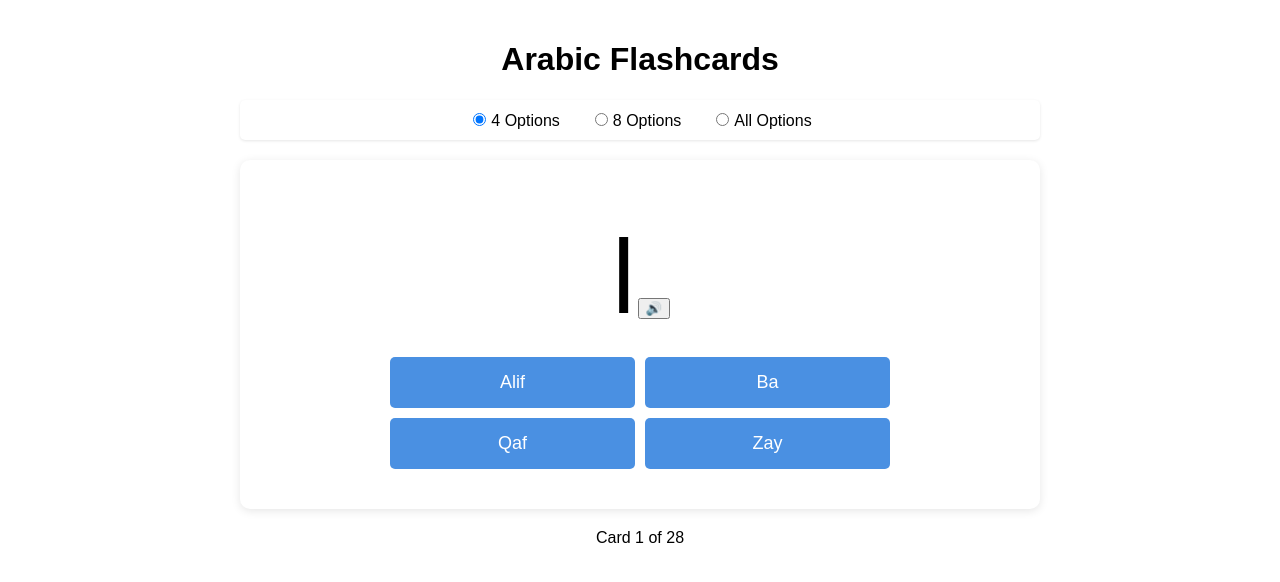
Repository: foolishimp/arabic-flashcards
Page: /
These files come from the project's save history. The page is drawn as it stood at one moment and after the next save; the edit follows.
The browser window is 1280 px wide. The pictures show the whole page.
The project was rebuilt for these pictures with package versions that can differ from the ones it lists, and the page was loaded fresh each time.

Above is the page before, as saved 2024-11-22 23:58:43.

After the next save:
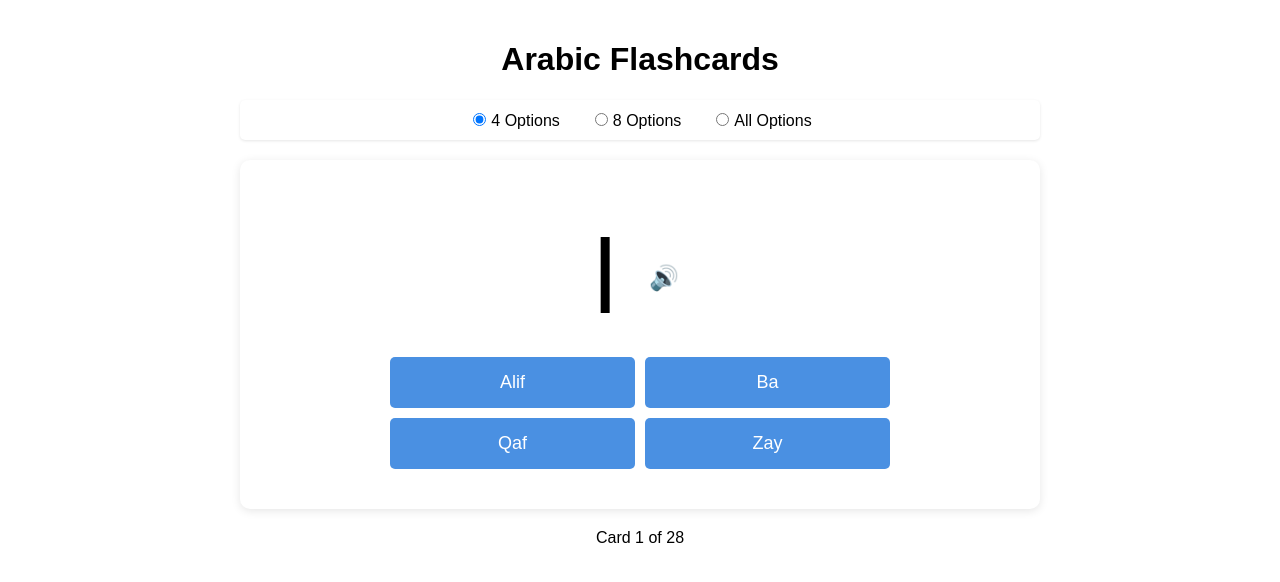
Saved 23 s later.
--- a/src/App.css
+++ b/src/App.css
@@ -118,3 +118,31 @@
   padding: 40px;
   margin: 20px 0;
 }
+
+.sound-button {
+  background: none;
+  border: none;
+  font-size: 24px;
+  cursor: pointer;
+  padding: 10px;
+  margin-left: 10px;
+  vertical-align: middle;
+  transition: transform 0.2s;
+  display: inline-block;
+}
+
+.sound-button:hover {
+  transform: scale(1.1);
+}
+
+.sound-button:active {
+  transform: scale(0.95);
+}
+
+/* Ensure the Arabic letter and sound button are aligned */
+.arabic-letter {
+  display: flex;
+  align-items: center;
+  justify-content: center;
+  gap: 10px;
+}
